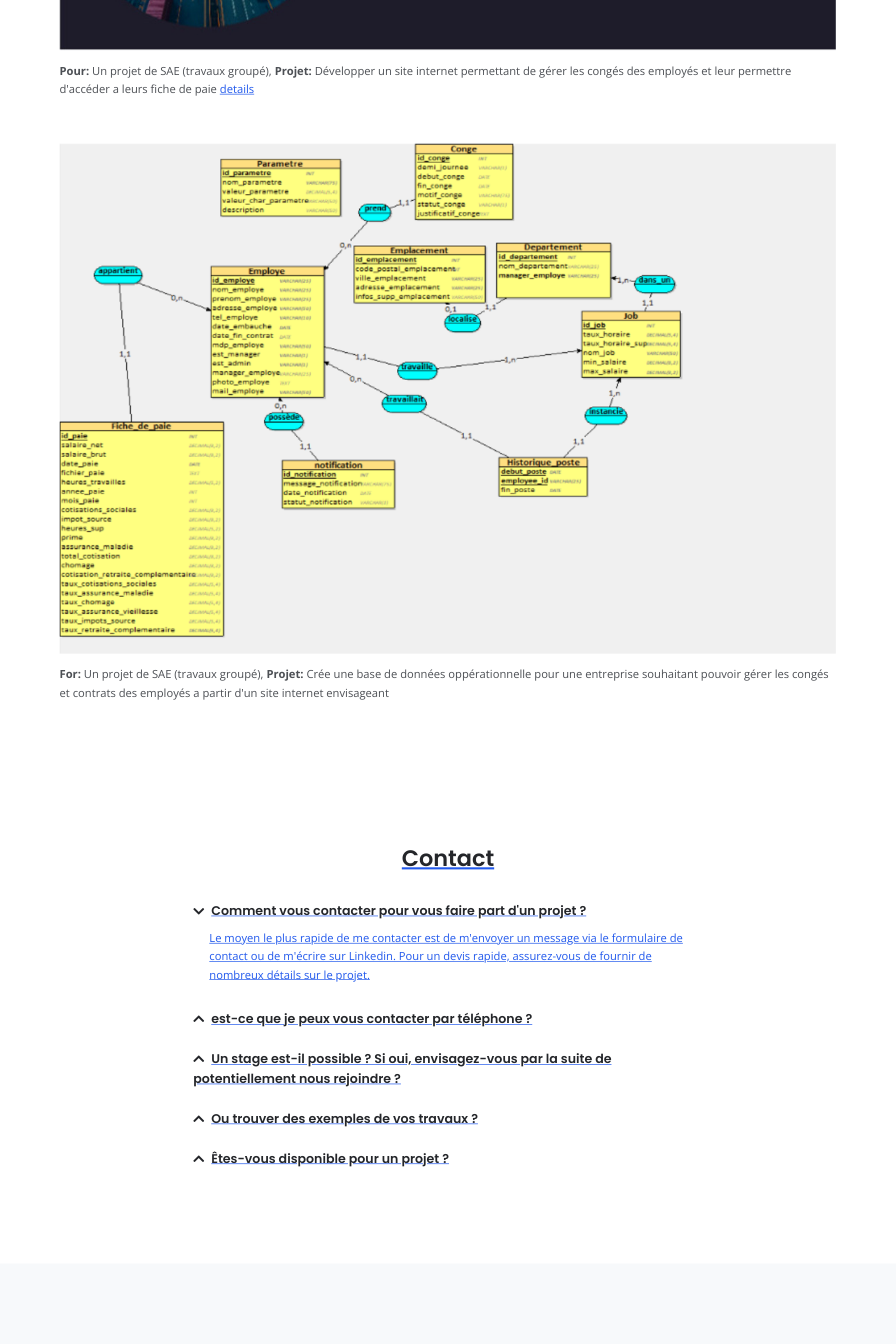
Repository: J2S80000/Portfolio
Page: index.html
The author's editor kept a copy of each file at every save. The page is drawn from the files as they stood at one save, then again after the next save.
The browser window is 1280 px wide. The pictures show the part of the page from y = 4580 to 6500 px (the page is 7517 px tall), at 70% of full size.

Above is the page before, as saved 2025-05-05 17:58:38.

After the next save:
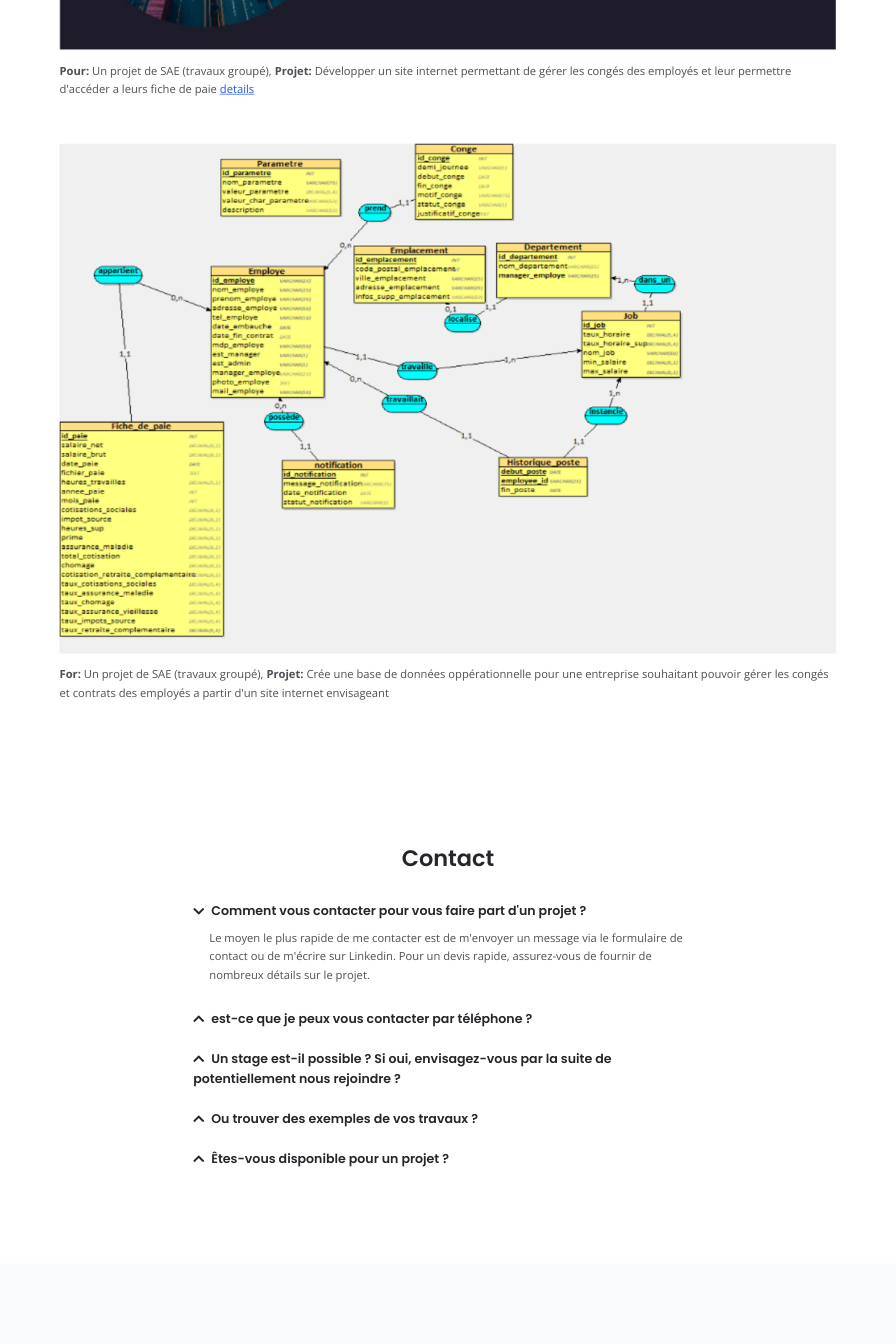
Saved 5 s later.
--- a/index.html
+++ b/index.html
@@ -252,7 +252,7 @@
                                 <img class="img-fluid" src="images/project-3.1.png" alt="alternative">
                             </a>
                         </div> <!-- end of image-container -->
-                        <p><strong>For:</strong> Un projet de SAE (travaux groupé), <strong>Projet:</strong> Crée une base de données oppérationnelle pour une entreprise souhaitant pouvoir gérer les congés et contrats des employés a partir d'un site internet envisageant <a class="blue"</a></p>
+                        <p><strong>For:</strong> Un projet de SAE (travaux groupé), <strong>Projet:</strong> Crée une base de données oppérationnelle pour une entreprise souhaitant pouvoir gérer les congés et contrats des employés a partir d'un site internet envisageant </p>
                     </div> <!-- end of text-container -->
 
                 </div> <!-- end of col -->
